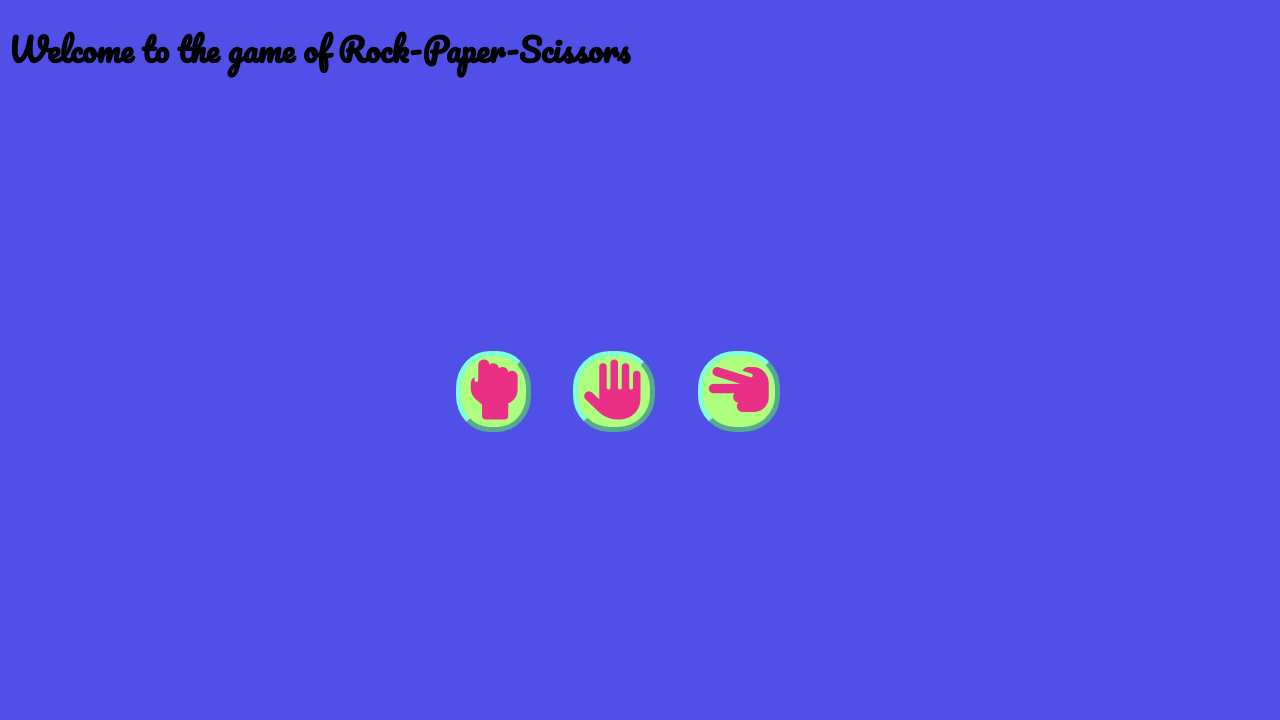
Repository: 0101chaitanya/Rock-Paper-Scissors
Page: index.html
An editor plug-in stored every save of this project. The page is shown before and after the next save, followed by the edit.
The browser window is 1280 px wide. The pictures show the whole page.
Some web libraries are served in a nearby version.

Above is the page before, as saved 2021-05-14 17:16:33.
Not found: linkk.js

### index.html
<!DOCTYPE html>
<html>

<head>
    <meta charset="utf-8">
    <title>Rock-Paper-Scissors</title>
    <link rel="stylesheet" href="style.css">
    <script src="https://kit.fontawesome.com/3dcaf9f6de.js" crossorigin="anonymous"></script>
    <link rel="preconnect" href="https://fonts.gstatic.com">
    <link href="https://fonts.googleapis.com/css2?family=Pacifico&display=swap" rel="stylesheet">
</head>

<body>
    <h1>Welcome to the game of Rock-Paper-Scissors</h1>
    <div>
        <button class="square" id="holder1" href="#"><i class="fas fa-hand-rock"></i></button>

        <button class="square" id="holder2" href="#"><i class="fas fa-hand-paper"></i></button>

        <button class="square" id="holder3" href="#"><i class="fas fa-hand-scissors"></i></button>
    </div>
    <script type="text/javascript" src="linkk.js"></script>
</body>

</html>

### style.css
html{
   margin: 0;
       font-family: 'Pacifico', cursive;
background-color:rgb(80, 80, 233);
    }
   h1 #welcome {
     margin : 300px auto 0px;
     border-style:dotted;
     color:brown ;
    }
.square{
    background-color: rgb(174, 255, 127);
    font-size: 60px;
    display: inline-block;
color: rgb(233, 47, 134);
border-radius: 45%;
border-width: 5px;
border-color:aquamarine
}
#holder1 {
position: relative;
top: 35vh;
left :35vw;
}
#holder2 {
position: relative;
top: 35vh;
left :38vw;
}
#holder3 {
position: relative;
top: 35vh;
left :41vw;
}

After the next save:
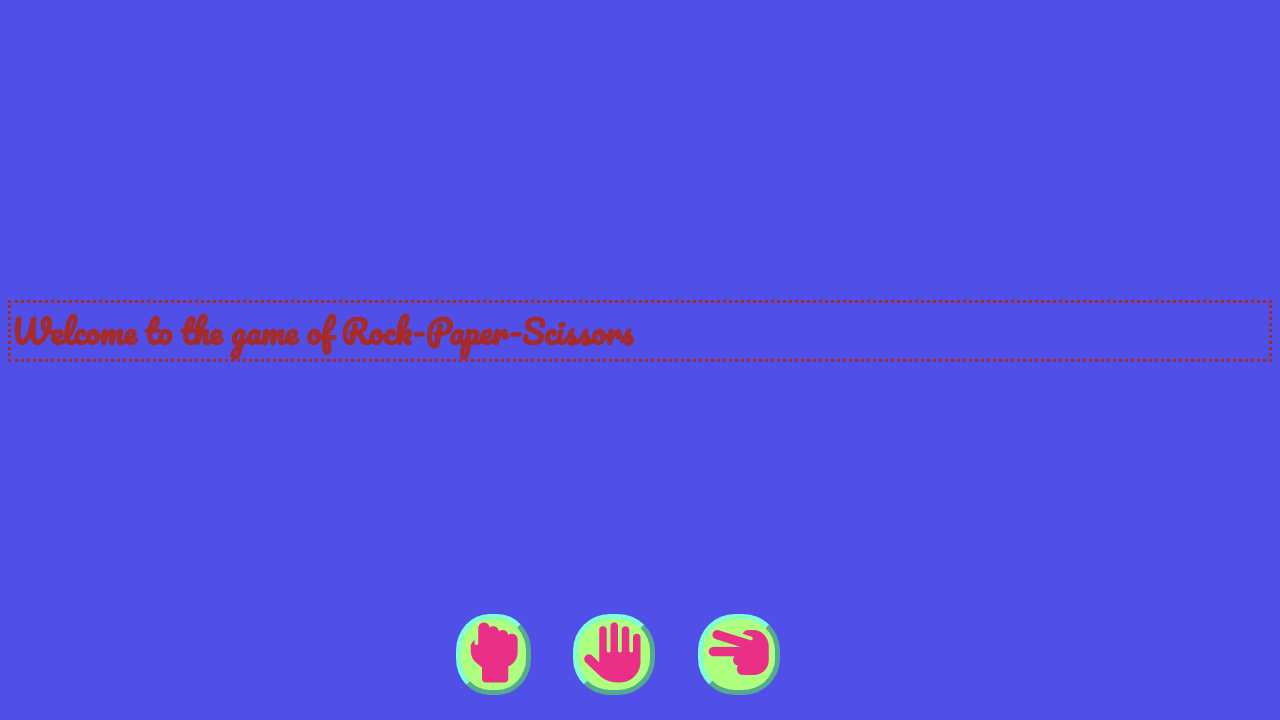
Saved 12 s later.
--- a/style.css
+++ b/style.css
@@ -3,7 +3,7 @@
        font-family: 'Pacifico', cursive;
 background-color:rgb(80, 80, 233);
     }
-   h1 #welcome {
+   h1  {
      margin : 300px auto 0px;
      border-style:dotted;
      color:brown ;

After the save that followed:
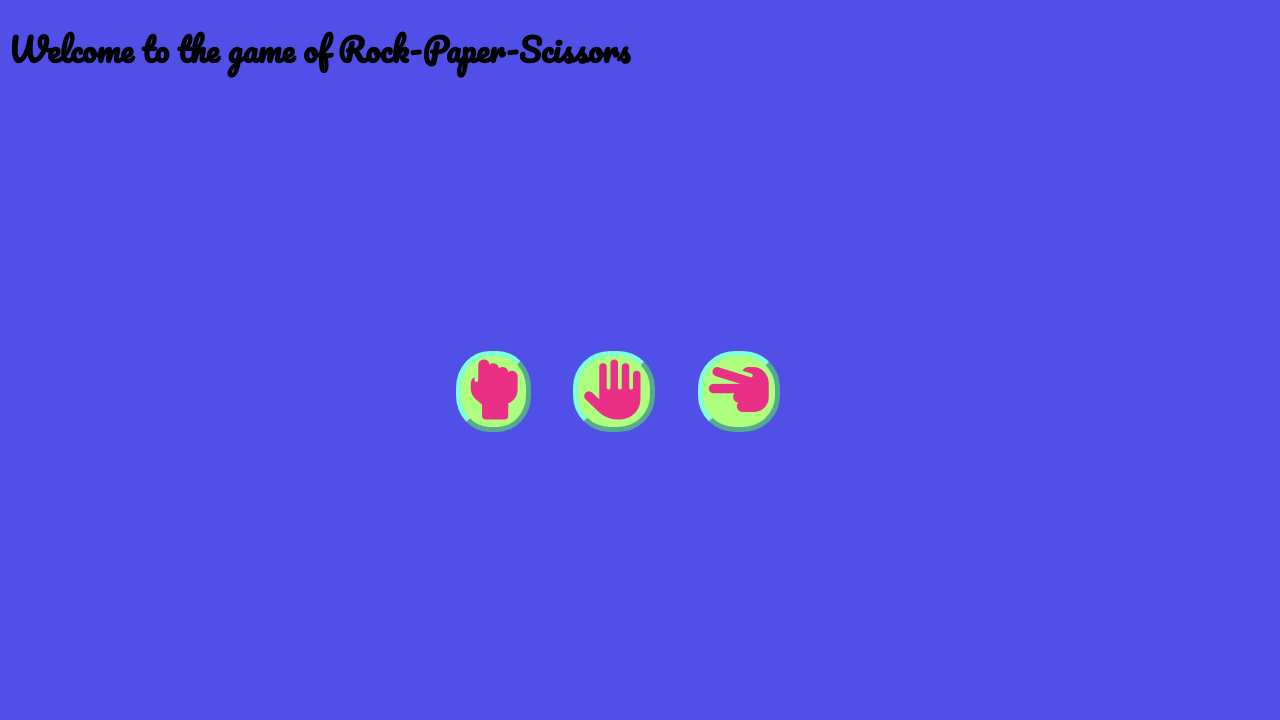
Saved 18 s later.
--- a/style.css
+++ b/style.css
@@ -3,7 +3,7 @@
        font-family: 'Pacifico', cursive;
 background-color:rgb(80, 80, 233);
     }
-   h1  {
+   #welcome {
      margin : 300px auto 0px;
      border-style:dotted;
      color:brown ;
